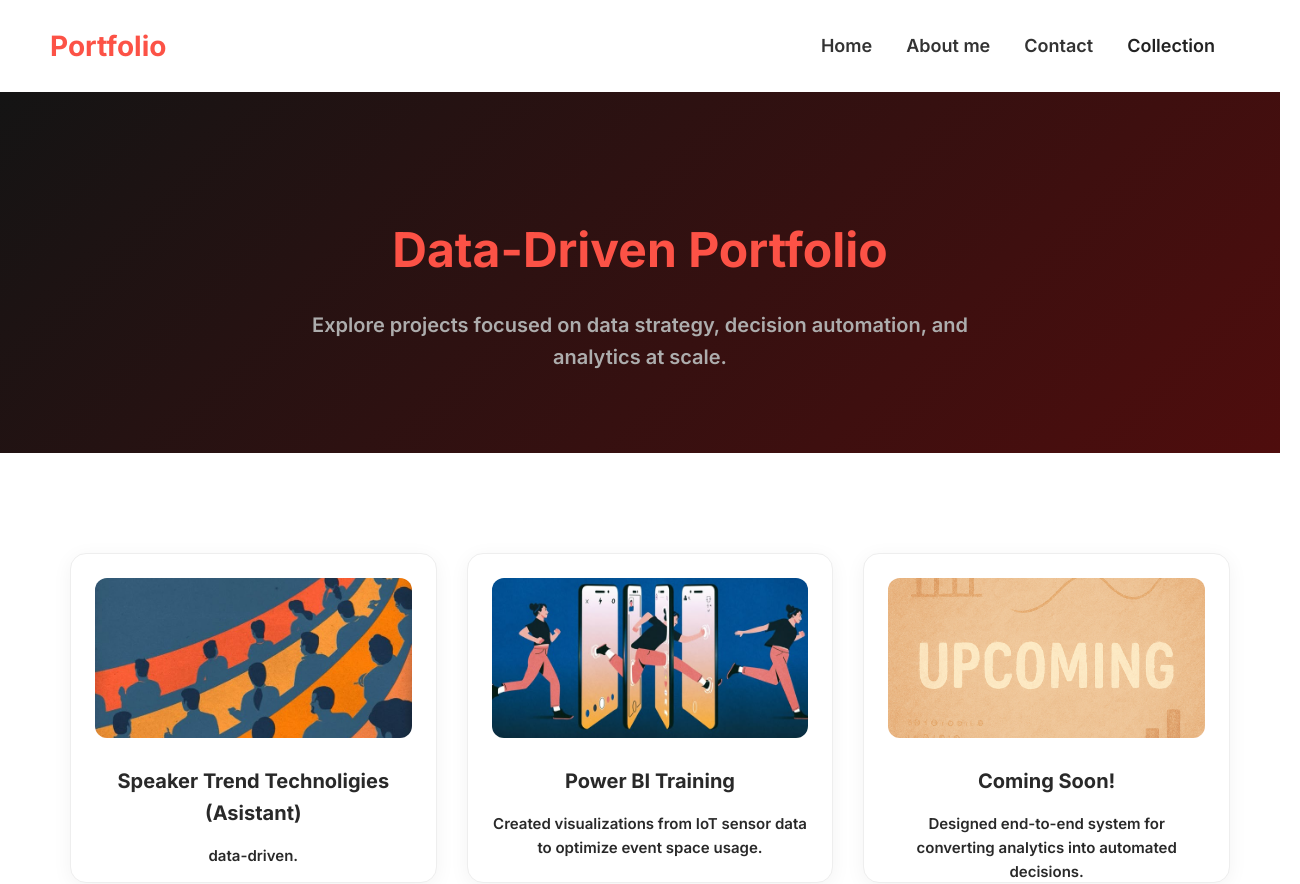
Repository: Wipas1919/Archive-portfolio
Page: projects/strategic-data.html
These files come from the project's save history. The page is drawn as it stood at one moment and after the next save; the edit follows.
The browser window is 1280 px wide. The page is 1300 px wide, so the pictures cover 1300 px, including what lies to the right of the window. The pictures show the whole page.

Above is the page before, as saved 2025-06-01 21:05:14.

After the next save:
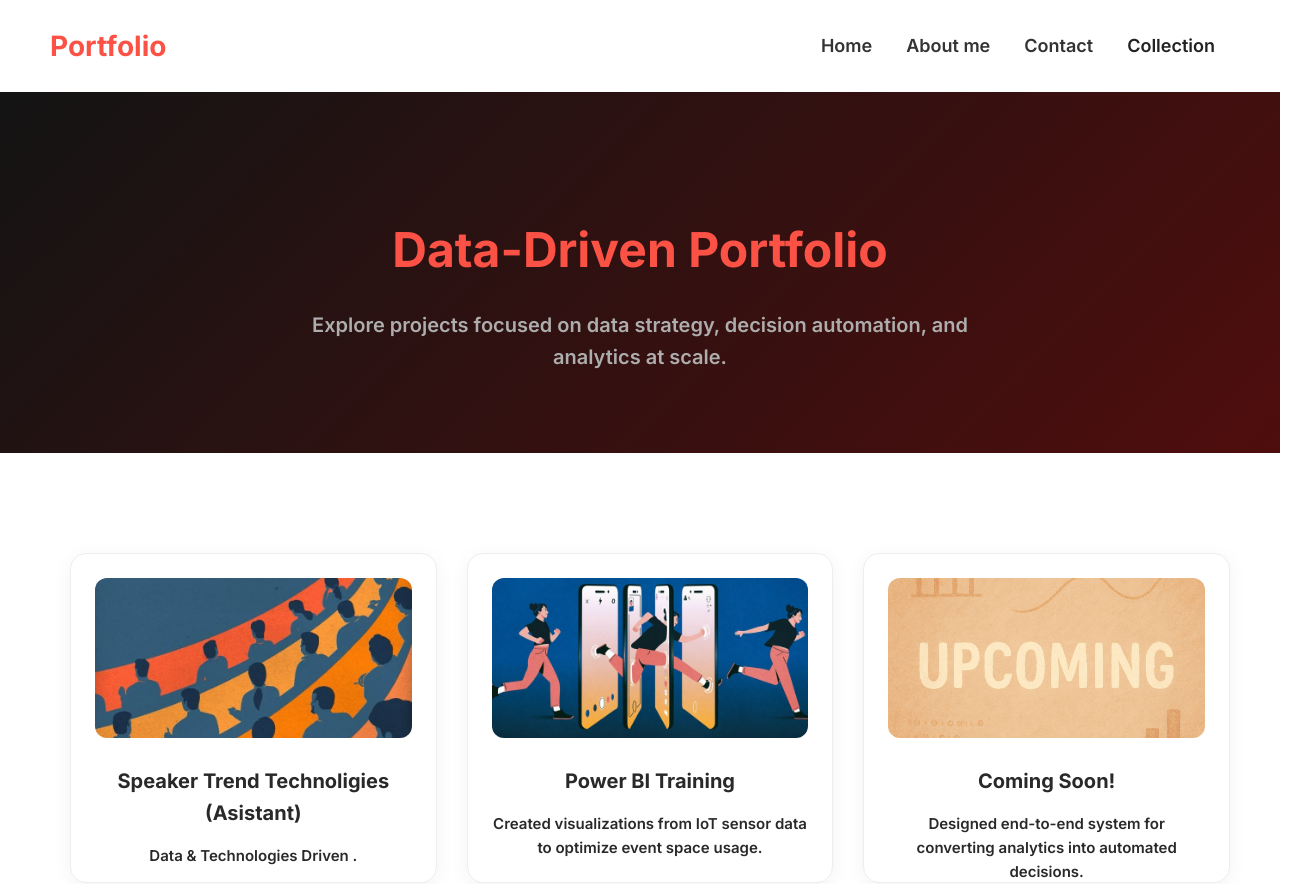
Saved 34 s later.
--- a/data/projects.json
+++ b/data/projects.json
@@ -87,7 +87,7 @@
     "projects": [
       {
         "title": "Speaker Trend Technoligies (Asistant) ",
-        "description": "data-driven.",
+        "description": "Data & Technologies Driven .",
         "image": "/images/bi-routine-4.jpg",
         "slug": "marketing-insight-framework"
       },
